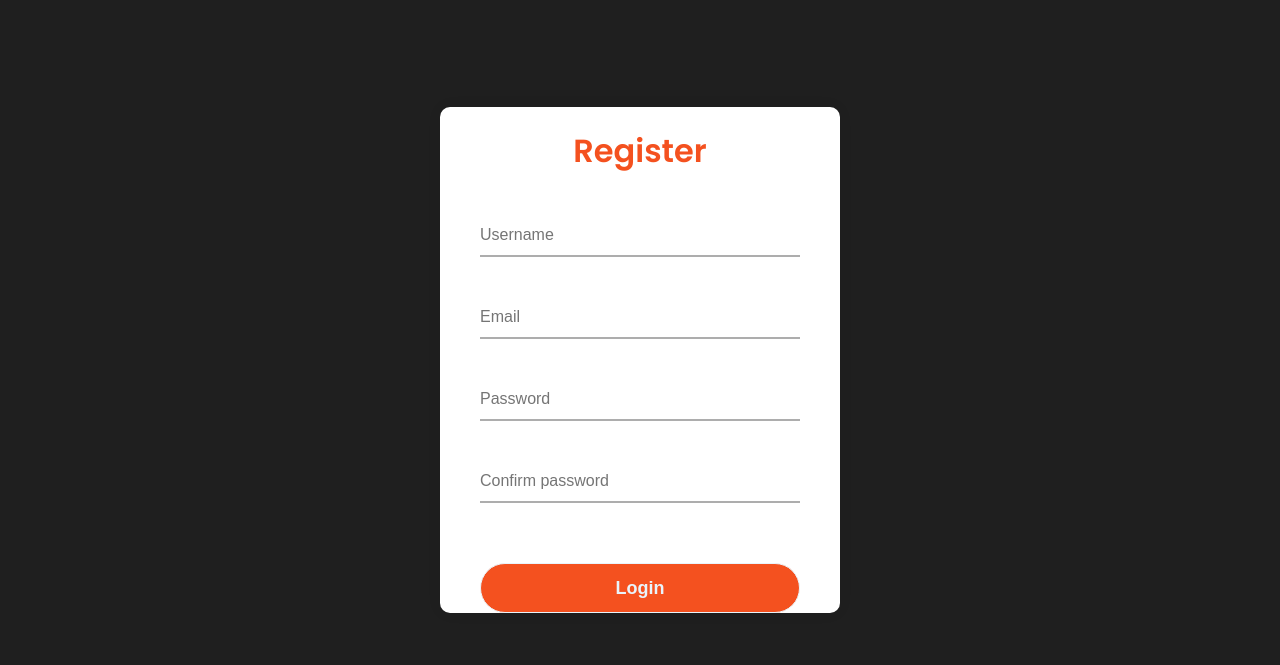
Repository: long5122000/Shopc
Page: register.html
The author's editor kept a copy of each file at every save. The page is drawn from the files as they stood at one save, then again after the next save.
The browser window is 1280 px wide. The pictures show the whole page.
The style sheet was rebuilt from its Sass, Less or Tailwind sources for each picture, by a compiler version that may differ from the author's.

Above is the page before, as saved 2021-11-30 21:30:07.

After the next save:
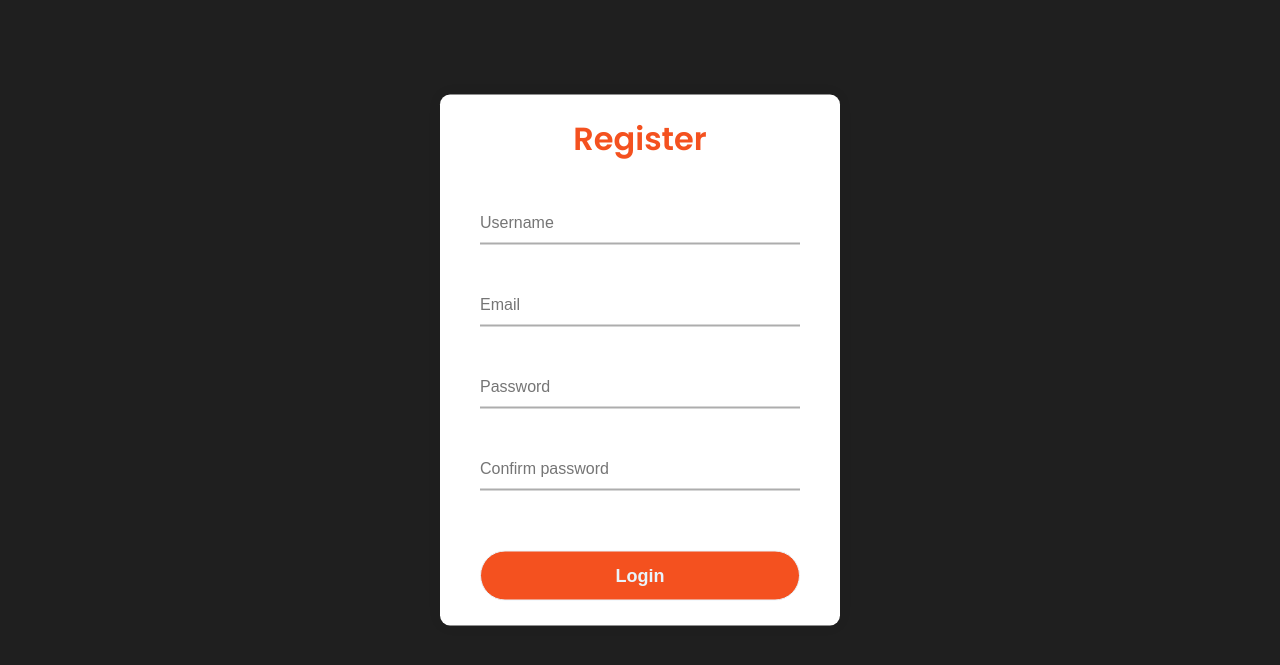
Saved 9 s later.
--- a/register.html
+++ b/register.html
@@ -36,6 +36,7 @@
           <small></small>
         </div>
         <input type="submit" value="Login" />
+        <div class="signup_link"></div>
       </form>
     </div>
   </body>
